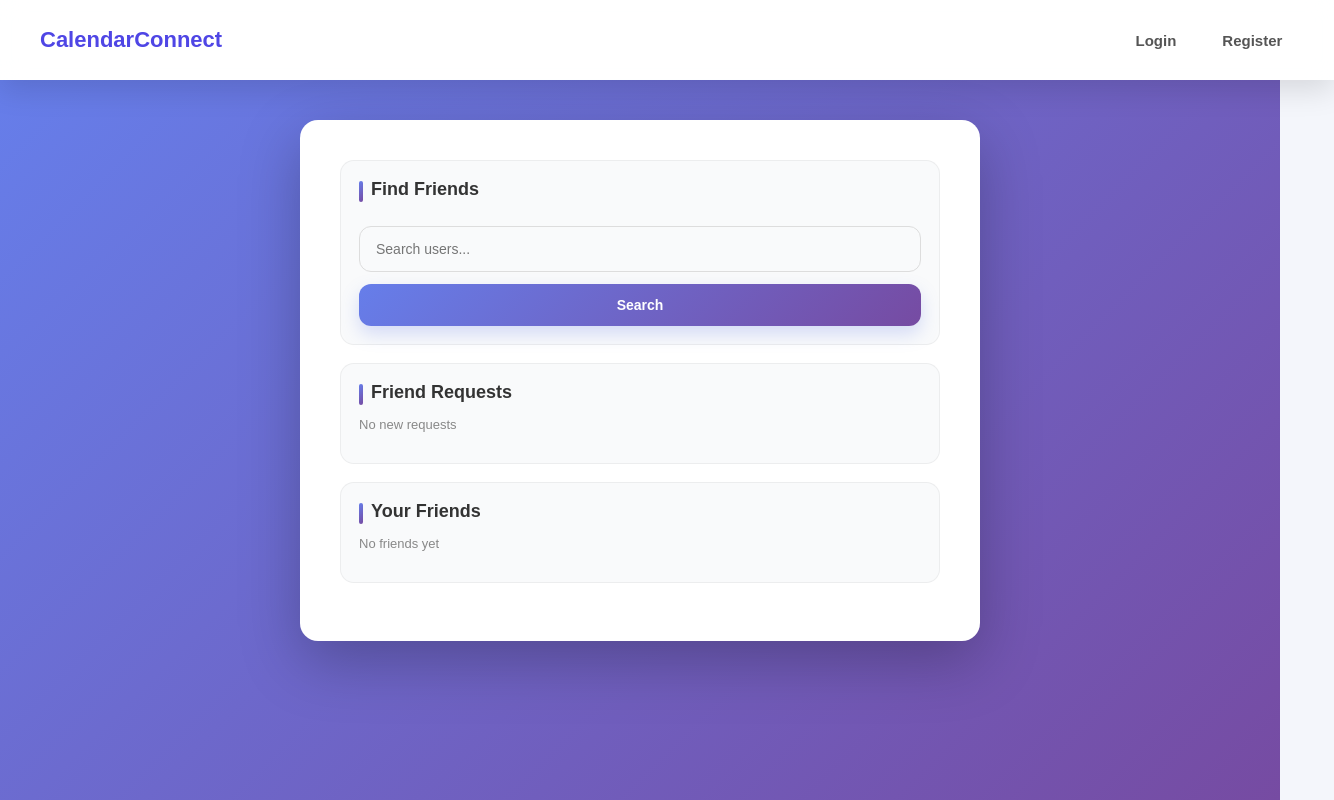
Repository: BMXracer44/CalendarConnect
Page: /friends (app in frontend/)
The author's editor kept a copy of each file at every save. The page is drawn from the files as they stood at one save, then again after the next save.
The browser window is 1280 px wide. The page is 1334 px wide, so the pictures cover 1334 px, including what lies to the right of the window. The pictures show the whole page.
The project was rebuilt for these pictures with package versions that can differ from the ones it lists, and the page was loaded fresh each time. Also part of the build but not shown: frontend/src/pages/Login.jsx, frontend/src/pages/Register.jsx, frontend/src/pages/Profile.jsx, frontend/src/pages/Calendar.jsx.

Above is the page before, as saved 2026-05-03 10:48:20.

### frontend/src/index.js
import React from "react";
import ReactDOM from "react-dom/client";
import App from "./App";
import { AuthProvider } from "./context/AuthContext";
import { router } from "./router";
import { RouterProvider } from "react-router-dom";
import "./index.css";

ReactDOM.createRoot(document.getElementById("root")).render(
  <AuthProvider>
    <RouterProvider router={router} />
  </AuthProvider>
);

### frontend/src/router.jsx
import { createBrowserRouter } from "react-router-dom";
import App from "./App";
import Login from "./pages/Login";
import Register from "./pages/Register";
import Home from "./pages/Home";
import Profile from "./pages/Profile";
import Calendar from "./pages/Calendar";
import Friends from "./pages/Friends";

export const router = createBrowserRouter([
  {
    path: "/",
    element: <App />,
    children: [
      { index: true, element: <Login /> },
      { path: "register", element: <Register /> },
      { path: "calendar", element: <Calendar /> },
      { path: "profile", element: <Profile /> },
      { path: "friends", element: <Friends /> }
    ]
  }
]);

### frontend/src/components/Navbar.jsx
import { useContext, useEffect, useState } from "react";
import { AuthContext } from "../context/AuthContext";
import { Link, useNavigate } from "react-router-dom";

const Navbar = () => {
  const { user, logout } = useContext(AuthContext);
  const navigate = useNavigate();

  const [requests, setRequests] = useState([]);
  const [showRequests, setShowRequests] = useState(false);

  const handleLogout = () => {
    logout();
    navigate("/");
  };

  const loadRequests = async () => {
    try {
      const res = await fetch(
        `http://localhost:8080/api/friends/requests/${user.id}`
      );

      const data = await res.json();
      setRequests(Array.isArray(data) ? data : []);
    } catch (err) {
      console.error(err);
    }
  };

  useEffect(() => {
    if (!user?.id) return;

    loadRequests();
    const interval = setInterval(loadRequests, 5000);

    return () => clearInterval(interval);
  }, [user]);

  const acceptFriend = async (fromId) => {
    await fetch(
      `http://localhost:8080/api/friends/accept?from=${fromId}&to=${user.id}`,
      { method: "POST" }
    );

    loadRequests();
  };

  return (
    <nav className="navbar">
      <div className="navbar-left">CalendarConnect</div>

      <div className="navbar-right">

        {!user ? (
          <>
            <Link className="nav-link" to="/">Login</Link>
            <Link className="nav-link" to="/register">Register</Link>
          </>
        ) : (
          <>
            {/* 🔔 NOTIFICATION */}
            <div className="nav-bell">
              <button
                className="bell-button"
                onClick={() => setShowRequests(!showRequests)}
              >
                🔔
                {requests.length > 0 && (
                  <span className="bell-count">{requests.length}</span>
                )}
              </button>

              {showRequests && (
                <div className="dropdown-card">
                  <h4>Friend Requests</h4>

                  {requests.length === 0 ? (
                    <p className="empty-text">No requests</p>
                  ) : (
                    requests.map((r) => (
                      <div className="dropdown-item" key={r.id}>
                        <span>{r.username}</span>

                        <button
                          className="accept-btn"
                          onClick={() => acceptFriend(r.requesterId)}
                        >
                          Accept
                        </button>
                      </div>
                    ))
                  )}
                </div>
              )}
            </div>

            <Link className="nav-user" to="/profile">
              {user.username}
            </Link>

            <Link className="nav-link" to="/calendar">Calendar</Link>
            <Link className="nav-link" to="/friends">Friends</Link>

            <button className="nav-button" onClick={handleLogout}>
              Logout
            </button>
          </>
        )}
      </div>
    </nav>
  );
};

export default Navbar;

### frontend/src/pages/Friends.jsx
import { useContext, useEffect, useState } from "react";
import { AuthContext } from "../context/AuthContext";

const Friends = () => {
  const { user } = useContext(AuthContext);

  const [search, setSearch] = useState("");
  const [results, setResults] = useState([]);
  const [friends, setFriends] = useState([]);
  const [requests, setRequests] = useState([]);

  // ================= LOAD FRIENDS =================
  const loadFriends = () => {
    fetch(`http://localhost:8080/api/friends/${user.id}`)
      .then((res) => res.json())
      .then((data) => setFriends(data))
      .catch(() => console.log("Failed to load friends"));
  };

  // ================= LOAD REQUESTS =================
  const loadRequests = () => {
    fetch(`http://localhost:8080/api/friends/requests/${user.id}`)
      .then((res) => res.json())
      .then((data) => setRequests(data))
      .catch(() => console.log("Failed to load requests"));
  };

  useEffect(() => {
    if (user?.id) {
      loadFriends();
      loadRequests();
    }
  }, [user]);

  // ================= SEARCH USERS =================
  const searchUsers = () => {
    fetch(
      `http://localhost:8080/api/user/search?query=${search}&currentUserId=${user.id}`
    )
      .then((res) => res.json())
      .then((data) => setResults(data))
      .catch(() => console.log("Search failed"));
  };

  // ================= ADD FRIEND =================
  const addFriend = (toId) => {
    fetch(
      `http://localhost:8080/api/friends/add?from=${user.id}&to=${toId}`,
      { method: "POST" }
    )
      .then(() => {
        searchUsers(); // refresh search results
        loadRequests();
      })
      .catch(() => console.log("Add friend error"));
  };

  // ================= ACCEPT REQUEST =================
  const acceptFriend = (fromId) => {
    fetch(
      `http://localhost:8080/api/friends/accept?from=${fromId}&to=${user.id}`,
      { method: "POST" }
    )
      .then(() => {
        loadFriends();
        loadRequests();
      })
      .catch(() => console.log("Accept failed"));
  };

  // ================= REMOVE FRIEND =================
  const removeFriend = (friendId) => {
    fetch(
      `http://localhost:8080/api/friends/remove?userId=${user.id}&friendId=${friendId}`,
      { method: "PUT" }
    )
      .then(() => loadFriends())
      .catch(() => console.log("Remove failed"));
  };

  // ================= CHECK STATUS =================
  const isFriend = (id) =>
    friends.some((f) => f.friendId === id || f.id === id);

  return (
    <div className="friends-container">
      <div className="friends-card">

        {/* ================= SEARCH ================= */}
        <div className="search-dropdown">
          <h2>Find Friends</h2>

          <input
            type="text"
            placeholder="Search users..."
            value={search}
            onChange={(e) => setSearch(e.target.value)}
          />

          <button onClick={searchUsers}>Search</button>

          {results.map((u) => {
            const alreadyFriends = isFriend(u.id);

            return (
              <div className="friend-item" key={u.id}>
                <span>{u.username}</span>

                {alreadyFriends ? (
                  <span className="friend-label">Friends</span>
                ) : (
                  <button onClick={() => addFriend(u.id)}>
                    Add
                  </button>
                )}
              </div>
            );
          })}
        </div>

        {/* ================= REQUESTS ================= */}
        <div className="friends-requests">
          <h3>Friend Requests</h3>

          {requests.length === 0 && <p>No new requests</p>}

          {requests.map((r) => (
            <div className="friend-item" key={r.id}>
              <span>{r.username}</span>
              <button onClick={() => acceptFriend(r.requesterId)}>
                Accept
              </button>
            </div>
          ))}
        </div>

        {/* ================= FRIENDS ================= */}
        <div className="friends-list">
          <h3>Your Friends</h3>

          {friends.length === 0 && <p>No friends yet</p>}

          {friends.map((f) => {
            const friendId = f.requesterId === user.id
              ? f.addresseeId
              : f.requesterId;

            return (
              <div className="friend-item" key={f.id}>
                <span>{f.username}</span>

                <button onClick={() => removeFriend(friendId)}>
                  Remove
                </button>
              </div>
            );
          })}
        </div>

      </div>
    </div>
  );
};

export default Friends;

Loaded but not shown: frontend/src/context/AuthContext.js (29 lines, source omitted); frontend/src/App.js (14 lines, source omitted); frontend/src/index.css (941 lines, source omitted); frontend/src/pages/Home.jsx (no stored copy; drawn as an empty file)

After the next save:
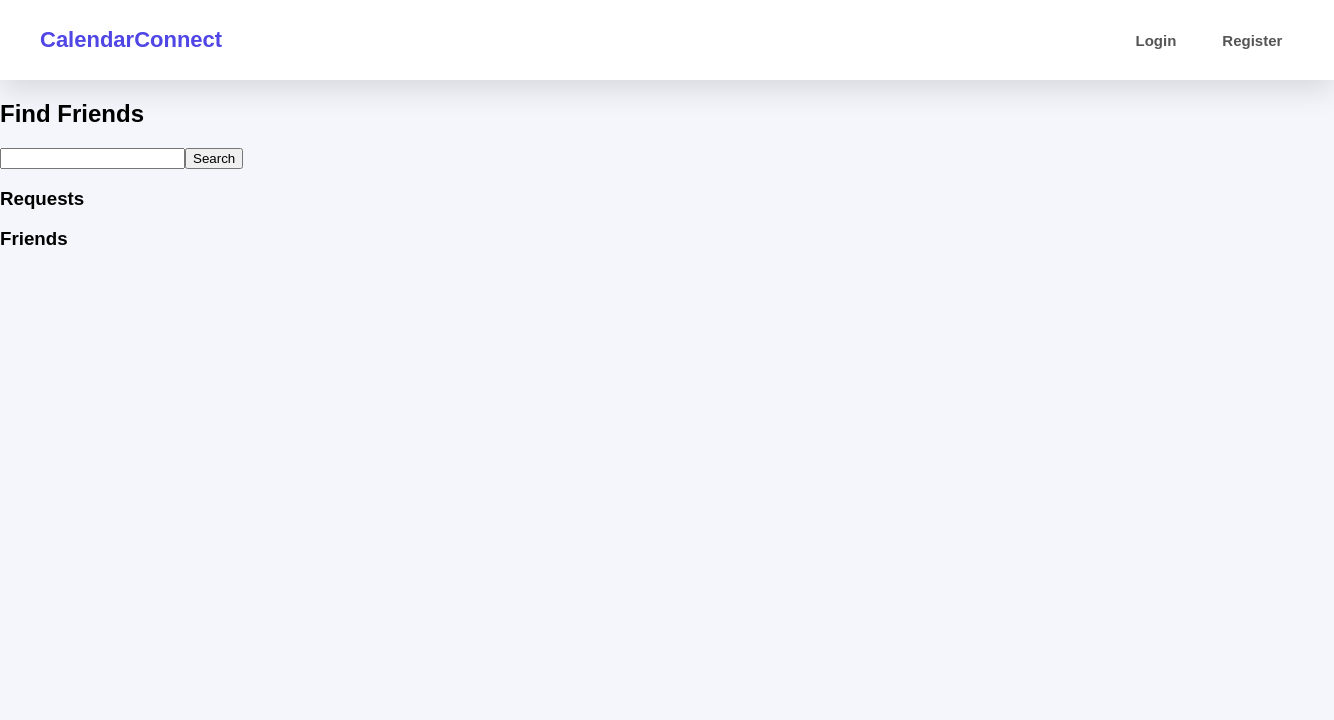
Saved 2 min 59 s later.
--- a/frontend/src/pages/Friends.jsx
+++ b/frontend/src/pages/Friends.jsx
@@ -49,13 +49,13 @@
       { method: "POST" }
     )
       .then(() => {
-        searchUsers(); // refresh search results
+        searchUsers();
         loadRequests();
       })
       .catch(() => console.log("Add friend error"));
   };
 
-  // ================= ACCEPT REQUEST =================
+  // ================= ACCEPT =================
   const acceptFriend = (fromId) => {
     fetch(
       `http://localhost:8080/api/friends/accept?from=${fromId}&to=${user.id}`,
@@ -64,8 +64,7 @@
       .then(() => {
         loadFriends();
         loadRequests();
-      })
-      .catch(() => console.log("Accept failed"));
+      });
   };
 
   // ================= REMOVE FRIEND =================
@@ -74,89 +73,81 @@
       `http://localhost:8080/api/friends/remove?userId=${user.id}&friendId=${friendId}`,
       { method: "PUT" }
     )
-      .then(() => loadFriends())
-      .catch(() => console.log("Remove failed"));
+      .then(() => loadFriends());
   };
 
-  // ================= CHECK STATUS =================
+  // ================= CHECK FRIEND STATUS =================
   const isFriend = (id) =>
-    friends.some((f) => f.friendId === id || f.id === id);
+    friends.some((f) =>
+      f.requesterId === id || f.addresseeId === id
+    );
 
   return (
-    <div className="friends-container">
-      <div className="friends-card">
+    <div>
+      {/* SEARCH */}
+      <div>
+        <h2>Find Friends</h2>
 
-        {/* ================= SEARCH ================= */}
-        <div className="search-dropdown">
-          <h2>Find Friends</h2>
+        <input
+          value={search}
+          onChange={(e) => setSearch(e.target.value)}
+        />
 
-          <input
-            type="text"
-            placeholder="Search users..."
-            value={search}
-            onChange={(e) => setSearch(e.target.value)}
-          />
+        <button onClick={searchUsers}>Search</button>
 
-          <button onClick={searchUsers}>Search</button>
+        {results.map((u) => {
+          const alreadyFriends = isFriend(u.id);
 
-          {results.map((u) => {
-            const alreadyFriends = isFriend(u.id);
+          return (
+            <div key={u.id}>
+              <span>{u.username}</span>
 
-            return (
-              <div className="friend-item" key={u.id}>
-                <span>{u.username}</span>
+              {alreadyFriends ? (
+                <span>Friends</span>
+              ) : (
+                <button onClick={() => addFriend(u.id)}>
+                  Add
+                </button>
+              )}
+            </div>
+          );
+        })}
+      </div>
 
-                {alreadyFriends ? (
-                  <span className="friend-label">Friends</span>
-                ) : (
-                  <button onClick={() => addFriend(u.id)}>
-                    Add
-                  </button>
-                )}
-              </div>
-            );
-          })}
-        </div>
+      {/* REQUESTS */}
+      <div>
+        <h3>Requests</h3>
 
-        {/* ================= REQUESTS ================= */}
-        <div className="friends-requests">
-          <h3>Friend Requests</h3>
+        {requests.map((r) => (
+          <div key={r.id}>
+            <span>{r.username}</span>
+            <button onClick={() => acceptFriend(r.requesterId)}>
+              Accept
+            </button>
+          </div>
+        ))}
+      </div>
 
-          {requests.length === 0 && <p>No new requests</p>}
+      {/* FRIENDS */}
+      <div>
+        <h3>Friends</h3>
 
-          {requests.map((r) => (
-            <div className="friend-item" key={r.id}>
-              <span>{r.username}</span>
-              <button onClick={() => acceptFriend(r.requesterId)}>
-                Accept
-              </button>
-            </div>
-          ))}
-        </div>
-
-        {/* ================= FRIENDS ================= */}
-        <div className="friends-list">
-          <h3>Your Friends</h3>
-
-          {friends.length === 0 && <p>No friends yet</p>}
-
-          {friends.map((f) => {
-            const friendId = f.requesterId === user.id
+        {friends.map((f) => {
+          const friendId =
+            f.requesterId === user.id
               ? f.addresseeId
               : f.requesterId;
 
-            return (
-              <div className="friend-item" key={f.id}>
-                <span>{f.username}</span>
+          return (
+            <div key={f.id}>
+              <span>{f.username}</span>
 
-                <button onClick={() => removeFriend(friendId)}>
-                  Remove
-                </button>
-              </div>
-            );
-          })}
-        </div>
-
+              <button onClick={() => removeFriend(friendId)}>
+                Remove
+              </button>
+            </div>
+          );
+        })}
       </div>
     </div>
   );

After the save that followed:
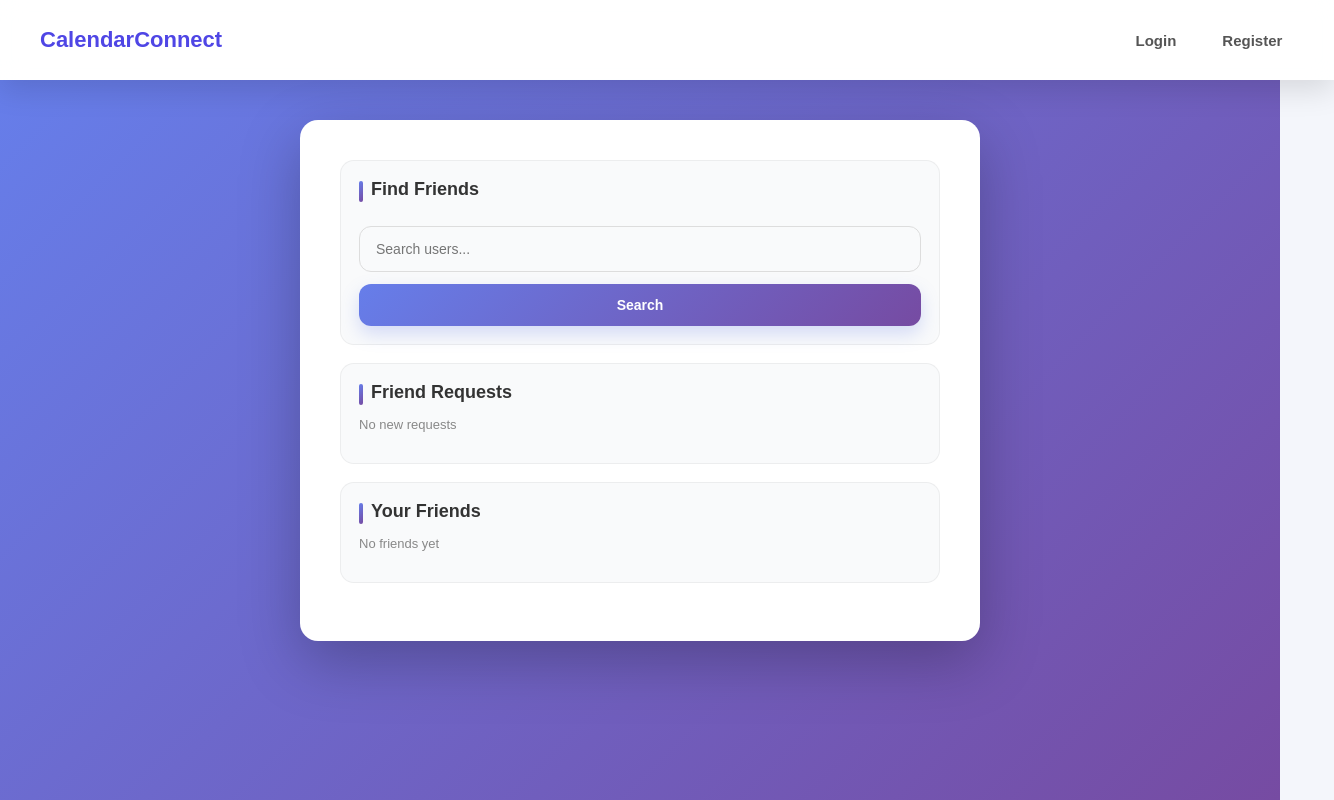
Saved 2 min 25 s later.
--- a/frontend/src/pages/Friends.jsx
+++ b/frontend/src/pages/Friends.jsx
@@ -6,6 +6,7 @@
 
   const [search, setSearch] = useState("");
   const [results, setResults] = useState([]);
+
   const [friends, setFriends] = useState([]);
   const [requests, setRequests] = useState([]);
 
@@ -48,14 +49,11 @@
       `http://localhost:8080/api/friends/add?from=${user.id}&to=${toId}`,
       { method: "POST" }
     )
-      .then(() => {
-        searchUsers();
-        loadRequests();
-      })
+      .then(() => loadRequests())
       .catch(() => console.log("Add friend error"));
   };
 
-  // ================= ACCEPT =================
+  // ================= ACCEPT FRIEND =================
   const acceptFriend = (fromId) => {
     fetch(
       `http://localhost:8080/api/friends/accept?from=${fromId}&to=${user.id}`,
@@ -64,90 +62,97 @@
       .then(() => {
         loadFriends();
         loadRequests();
-      });
+      })
+      .catch(() => console.log("Accept failed"));
   };
 
   // ================= REMOVE FRIEND =================
   const removeFriend = (friendId) => {
     fetch(
       `http://localhost:8080/api/friends/remove?userId=${user.id}&friendId=${friendId}`,
-      { method: "PUT" }
+      { method: "DELETE" }
     )
-      .then(() => loadFriends());
+      .then(() => loadFriends())
+      .catch(() => console.log("Remove failed"));
   };
 
-  // ================= CHECK FRIEND STATUS =================
-  const isFriend = (id) =>
-    friends.some((f) =>
-      f.requesterId === id || f.addresseeId === id
-    );
+  // ================= CHECK STATUS =================
+  const isFriend = (id) => {
+    return friends.some((f) => f.requesterId === id);
+  };
+
+  const isRequested = (id) => {
+    return requests.some((r) => r.requesterId === id);
+  };
 
   return (
-    <div>
-      {/* SEARCH */}
-      <div>
-        <h2>Find Friends</h2>
+    <div className="friends-container">
+      <div className="friends-card">
 
-        <input
-          value={search}
-          onChange={(e) => setSearch(e.target.value)}
-        />
+        {/* ================= SEARCH ================= */}
+        <div className="search-dropdown">
+          <h2>Find Friends</h2>
 
-        <button onClick={searchUsers}>Search</button>
+          <input
+            type="text"
+            placeholder="Search users..."
+            value={search}
+            onChange={(e) => setSearch(e.target.value)}
+          />
 
-        {results.map((u) => {
-          const alreadyFriends = isFriend(u.id);
+          <button onClick={searchUsers}>Search</button>
 
-          return (
-            <div key={u.id}>
+          {results.map((u) => (
+            <div className="friend-item" key={u.id}>
               <span>{u.username}</span>
 
-              {alreadyFriends ? (
-                <span>Friends</span>
+              {isFriend(u.id) ? (
+                <button disabled>Friends</button>
+              ) : isRequested(u.id) ? (
+                <button disabled>Requested</button>
               ) : (
-                <button onClick={() => addFriend(u.id)}>
-                  Add
-                </button>
+                <button onClick={() => addFriend(u.id)}>Add</button>
               )}
             </div>
-          );
-        })}
-      </div>
+          ))}
+        </div>
 
-      {/* REQUESTS */}
-      <div>
-        <h3>Requests</h3>
+        {/* ================= REQUESTS ================= */}
+        <div className="friends-requests">
+          <h3>Friend Requests</h3>
 
-        {requests.map((r) => (
-          <div key={r.id}>
-            <span>{r.username}</span>
-            <button onClick={() => acceptFriend(r.requesterId)}>
-              Accept
-            </button>
-          </div>
-        ))}
-      </div>
+          {requests.length === 0 && <p>No new requests</p>}
 
-      {/* FRIENDS */}
-      <div>
-        <h3>Friends</h3>
+          {requests.map((r) => (
+            <div className="friend-item" key={r.id}>
+              <span>{r.username}</span>
 
-        {friends.map((f) => {
-          const friendId =
-            f.requesterId === user.id
-              ? f.addresseeId
-              : f.requesterId;
+              {/* requesterId = friend user id */}
+              <button onClick={() => acceptFriend(r.requesterId)}>
+                Accept
+              </button>
+            </div>
+          ))}
+        </div>
 
-          return (
-            <div key={f.id}>
+        {/* ================= FRIENDS ================= */}
+        <div className="friends-list">
+          <h3>Your Friends</h3>
+
+          {friends.length === 0 && <p>No friends yet</p>}
+
+          {friends.map((f) => (
+            <div className="friend-item" key={f.id}>
               <span>{f.username}</span>
 
-              <button onClick={() => removeFriend(friendId)}>
+              {/* requesterId = friendId in accepted list */}
+              <button onClick={() => removeFriend(f.requesterId)}>
                 Remove
               </button>
             </div>
-          );
-        })}
+          ))}
+        </div>
+
       </div>
     </div>
   );
